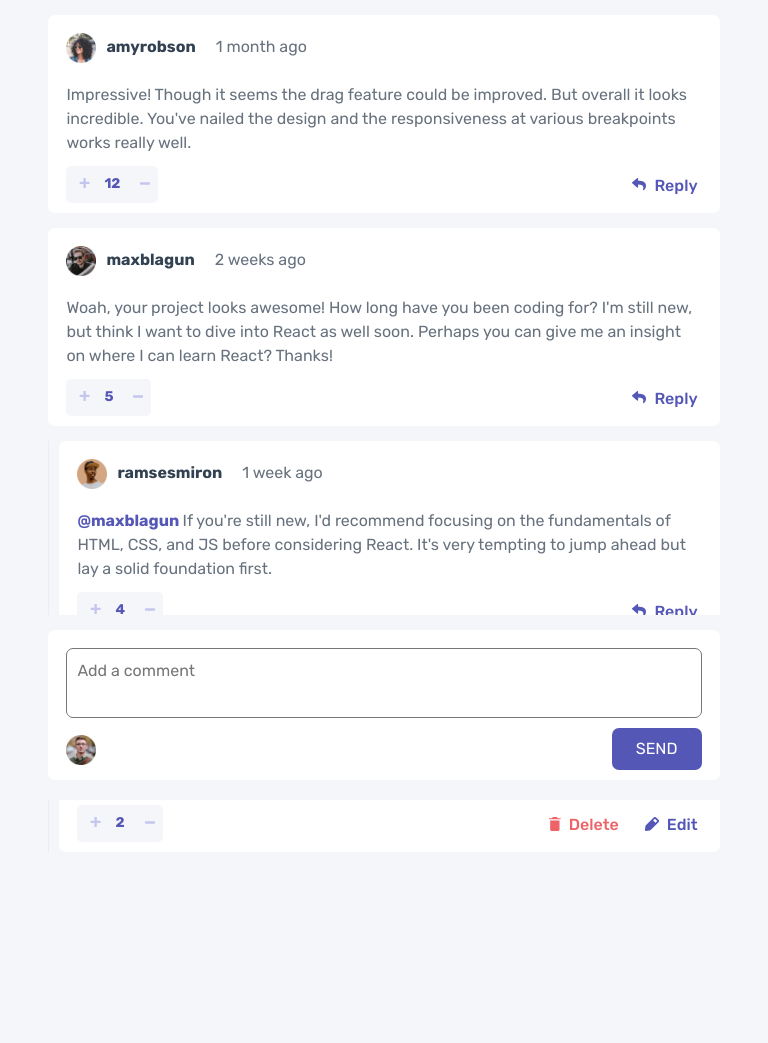
Repository: debaaah/interactive-comments-section-
Page: /
These files come from the project's save history. The page is drawn as it stood at one moment and after the next save; the edit follows.
The browser window is 768 px wide. The pictures show the whole page.
The project was rebuilt for these pictures with package versions that can differ from the ones it lists, and the page was loaded fresh each time.

Above is the page before, as saved 2022-04-29 13:26:08.

### public/index.html
<!DOCTYPE html>
<html lang="en">
  <head>
    <meta charset="utf-8" />
    <link rel="icon" href="%PUBLIC_URL%/favicon-32x32.png" />
    <link rel="stylesheet" href="https://cdn.jsdelivr.net/npm/bootstrap@4.6.1/dist/css/bootstrap.min.css" integrity="sha384-zCbKRCUGaJDkqS1kPbPd7TveP5iyJE0EjAuZQTgFLD2ylzuqKfdKlfG/eSrtxUkn" crossorigin="anonymous">
    <meta name="viewport" content="width=device-width, initial-scale=1" />
    <meta name="theme-color" content="#000000" />
    <meta
      name="description"
      content="Web site created using create-react-app"
    />
    <link rel="apple-touch-icon" href="%PUBLIC_URL%/logo192.png" />
    <!--
      manifest.json provides metadata used when your web app is installed on a
      user's mobile device or desktop. See https://developers.google.com/web/fundamentals/web-app-manifest/
    -->
    <link rel="manifest" href="%PUBLIC_URL%/manifest.json" />
    <!--
      Notice the use of %PUBLIC_URL% in the tags above.
      It will be replaced with the URL of the `public` folder during the build.
      Only files inside the `public` folder can be referenced from the HTML.

      Unlike "/favicon.ico" or "favicon.ico", "%PUBLIC_URL%/favicon.ico" will
      work correctly both with client-side routing and a non-root public URL.
      Learn how to configure a non-root public URL by running `npm run build`.
    -->
    <title>Comment Section</title>
  </head>
  <body>
    <noscript>You need to enable JavaScript to run this app.</noscript>
    <div id="root"></div>
    <!--
      This HTML file is a template.
      If you open it directly in the browser, you will see an empty page.

      You can add webfonts, meta tags, or analytics to this file.
      The build step will place the bundled scripts into the <body> tag.

      To begin the development, run `npm start` or `yarn start`.
      To create a production bundle, use `npm run build` or `yarn build`.
    -->
    <script src="https://cdn.jsdelivr.net/npm/jquery@3.5.1/dist/jquery.slim.min.js" integrity="sha384-DfXdz2htPH0lsSSs5nCTpuj/zy4C+OGpamoFVy38MVBnE+IbbVYUew+OrCXaRkfj" crossorigin="anonymous"></script>
    <script src="https://cdn.jsdelivr.net/npm/bootstrap@4.6.1/dist/js/bootstrap.bundle.min.js" integrity="sha384-fQybjgWLrvvRgtW6bFlB7jaZrFsaBXjsOMm/tB9LTS58ONXgqbR9W8oWht/amnpF" crossorigin="anonymous"></script>
  </body>
</html>

### src/App.js
import './App.css';
import Main from './components/main'

function App() {
  return (
    <div>
      <Main/>
    </div>
  );
}

export default App;

### src/components/sass/style.scss
@import url("https://fonts.googleapis.com/css2?family=Rubik:wght@400;500;700&display=swap");

$blue: hsl(238, 40%, 52%); //#5a5da6;
$blueish: hsl(239, 57%, 85%); //#c4c5ec;
$red: hsl(358, 79%, 66%); //#ED6368;
$reddish: hsl(357, 100%, 86%); //#f4bbc0;
$bg: #f4f6f9;
$Darkblue: hsl(212, 24%, 26%);
$GrayishBlue: hsl(211, 10%, 45%);
$Lightgray: hsl(223, 19%, 93%);
$Verylightgray: hsl(228, 33%, 97%);
$White: hsl(0, 0%, 100%);

body {
  background-color: $bg;
  font-family: "Rubik", sans-serif;
  color: $GrayishBlue;
}
.main {
  width: 90vw;
  max-width: 700px;
  margin: auto auto 157px;
}
.blueBold {
  color: $blue;
  font-weight: bold;
}
.comment-box {
  display: flex;
  background-color: white;
  padding: 18px;
  border-radius: 7px;
  margin: 15px 10px;
  height: max-content;
}
.reply-box {
  margin: 5px 0px 5px 30px;
  padding-left: 30px;
  border-left: 1px solid #ebecef;
}
.score-box {
  background-color: $Verylightgray;//#f4f5fb;
  border-radius: 5px;
  padding: 2px 3px 3px;
  margin-right: 17px;
  div {
    padding: 3px 5px;
    text-align: center;
  }
  .score {
    font-size: 14px;
    color: $blue;
    font-weight: bold;
  }
  .plus,
  .minus {
    padding-right: 4px;
  }
  .minus {
    padding-top: 0;
  }
}
img {
  width: 30px;
}
[type="submit"] {
  background-color: $blue;
  width: 90px;
  height: 42px;
  border: 0;
  border-radius: 7px;
  color: white;
  text-transform: uppercase;
  &:hover{
    background-color: $blueish;
}
}
.displayed {
  display: flex;
}
.comment {
  font-size: 16px;
}
.comment .displayed {
  display: block;
}
.notDisplayed {
  display: none;
}
textarea:hover,
[type="submit"]:hover,
.plus:hover,
.minus:hover,
.edit,
.delete {
  cursor: pointer;

}
.plus:hover,
.minus:hover {
  path {
    fill: $blue;
  }
}
.content-box {
  width: 100%;

  .details {
    display: flex;
    justify-content: space-between;

    .commentator {
      .username {
        font-weight: bold;
        color: $Darkblue;
      }
      .username,
      .time {
        padding: 0 10px;
      }
      .blue {
        background-color: $blue;
        padding: 1px 5px;
        border-radius: 3px;
        color: white;
      }
    }
    .edit-area {
      display: flex;
      font-weight: 500;

      div {
        margin-left: 18px;
      }

      span {
        padding: 4px;
        text-transform: capitalize;
      }
      svg {
        position: relative;
        top: -2px;
      }
      .edit span:nth-child(2),
      .reply {
        color: $blue;
      }
      .delete {
        span:nth-child(2) {
          color: $red;
        }
        &:hover {
          span path {
            fill: $reddish;
          }
          span:nth-child(2) {
            color: $reddish;
          }
        }
      }
      .edit:hover,
      .reply:hover {
        span path {
          fill: $blueish;
        }
        span:nth-child(2) {
          color: $blueish;
        }
      }
    }
  }
}

.currentUser-form-box {
  position: fixed;
  bottom: 0px;
  padding-bottom: 5px;
  width: -webkit-fill-available;
  background-color: $bg;
  width: 90vw;
  max-width: 700px;
  margin: auto;
}
.currentUser-form {
  display: flex;
  max-height: 110px;
}
.currentUserReply-form,
.currentUser-form {
  background-color: white;
  padding: 18px;
  border-radius: 7px;
  margin: 15px 10px;
  justify-content: space-between;
  div {
    height: 0px;
  }
  span {
    position: relative;
    top: 5px;
  }
}

textarea {
  resize: none;
  padding: 10px;
  border-radius: 7px;
  width: -webkit-fill-available;

  &,
  input {
    margin: 0 15px;
  }
}

.comment {
  margin-top: 8px;
  overflow-wrap: anywhere;
  form {
    input {
      float: right;

    }

    textarea {
      margin-right: 0;
    }
  }
}

.modal {
  padding-right: 0 !important;

  .modal-content {
    padding: 10px;
  }
  .modal-dialog {
    min-width: 290px;
    top: 50%;
    left: 50%;
    -webkit-transform: translate(-50%, -50%) !important;
    transform: translate(-50%, -50%) !important;
    position: fixed;
  }

  .modal-footer {
    border-top: 0;
    justify-content: space-around;

    .btn {
      width: 150px;
      text-transform: uppercase;
      border-radius: 5px;
      height: auto;
    }
    [type="button"] {
      background-color: $blue;

      &:hover{
          background-color: $blueish;
      }
    }
    [type="submit"] {
      background-color: $red;
    }
    .btn:hover,
    .btn {
      color: white;
    }
  }
}
@media screen and (max-width: 768px) {
  .main {
    margin-bottom: 191px;
  }
  .reply-box {
    margin: 0 0 0 10px;
    padding-left: 0px;
  }
  .score-box {
    width: max-content;
    margin-right: 0px;
    display: flex;

    div {
      padding: 5px 10px;
    }
    .plus {
      padding-top: 2px;
    }
    .minus {
      padding-top: 3px;
    }
  }
  .comment-box {
    position: relative;
    .content-box{
      .details{
        margin-bottom: 20px;
      }
    }
  }
  .score-box-box {
    position: absolute;
    bottom: 10px;
  }
  .edit-area {
    position: absolute;
    right: 18px;
    bottom: 15px;
  }
  .displayed,
  .currentUser-form {
    display: block;
  }
  .currentUser-form {
    max-height: 150px;
  }
  .currentUserReply-form,
  .currentUser-form {
    position: relative;
    div {
      height: 43px;
    }
    span {
      position: static;
    }
    img {
      position: absolute;
      bottom: 15px;
    }
    textarea {
      margin: 0;
      height: 70px;
    }
    input {
      position: absolute;
      bottom: 10px;
      right: 18px;
    }
  }
  .modal {
    .modal-footer {
      .btn {
        font-size: 15px;
        width: auto;
      }
    }
  }
}

Loaded but not shown: src/index.js (common file); src/index.css (common file); src/reportWebVitals.js (common file); src/App.css (common file); src/components/data.json (common file); src/components/main.js (723 lines, source omitted)

After the next save:
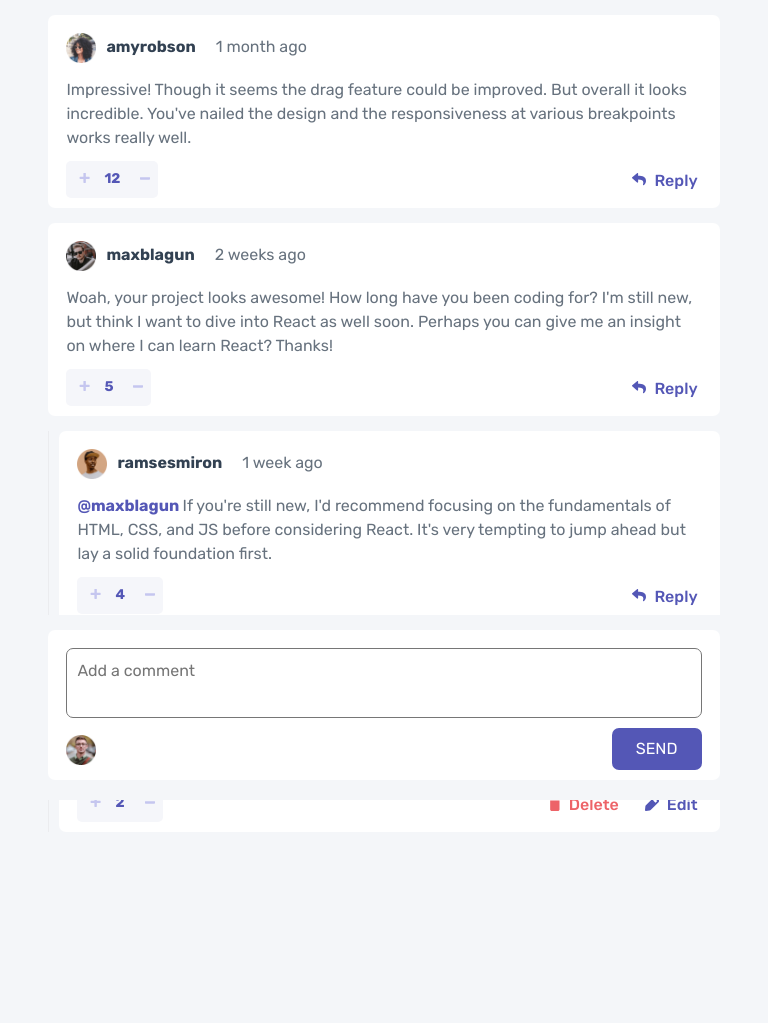
Saved 20 s later.
--- a/src/components/sass/style.scss
+++ b/src/components/sass/style.scss
@@ -296,7 +296,7 @@ textarea {
     position: relative;
     .content-box{
       .details{
-        margin-bottom: 20px;
+        margin-bottom: 15px;
       }
     }
   }
